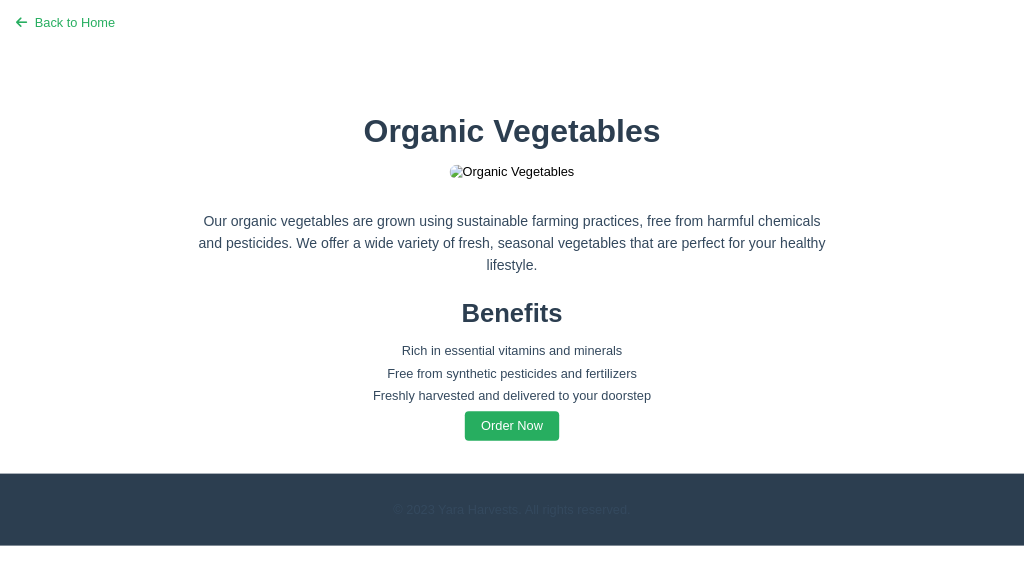
Repository: Kanyi-Manyara/yara-farm
Page: products/vegetables.html
These files come from the project's save history. The page is drawn as it stood at one moment and after the next save; the edit follows.
The browser window is 1280 px wide. The pictures show the whole page, at 80% of full size.

Above is the page before, as saved 2025-02-21 23:34:09.
Not found: assets//vegetables.jpg

After the next save:
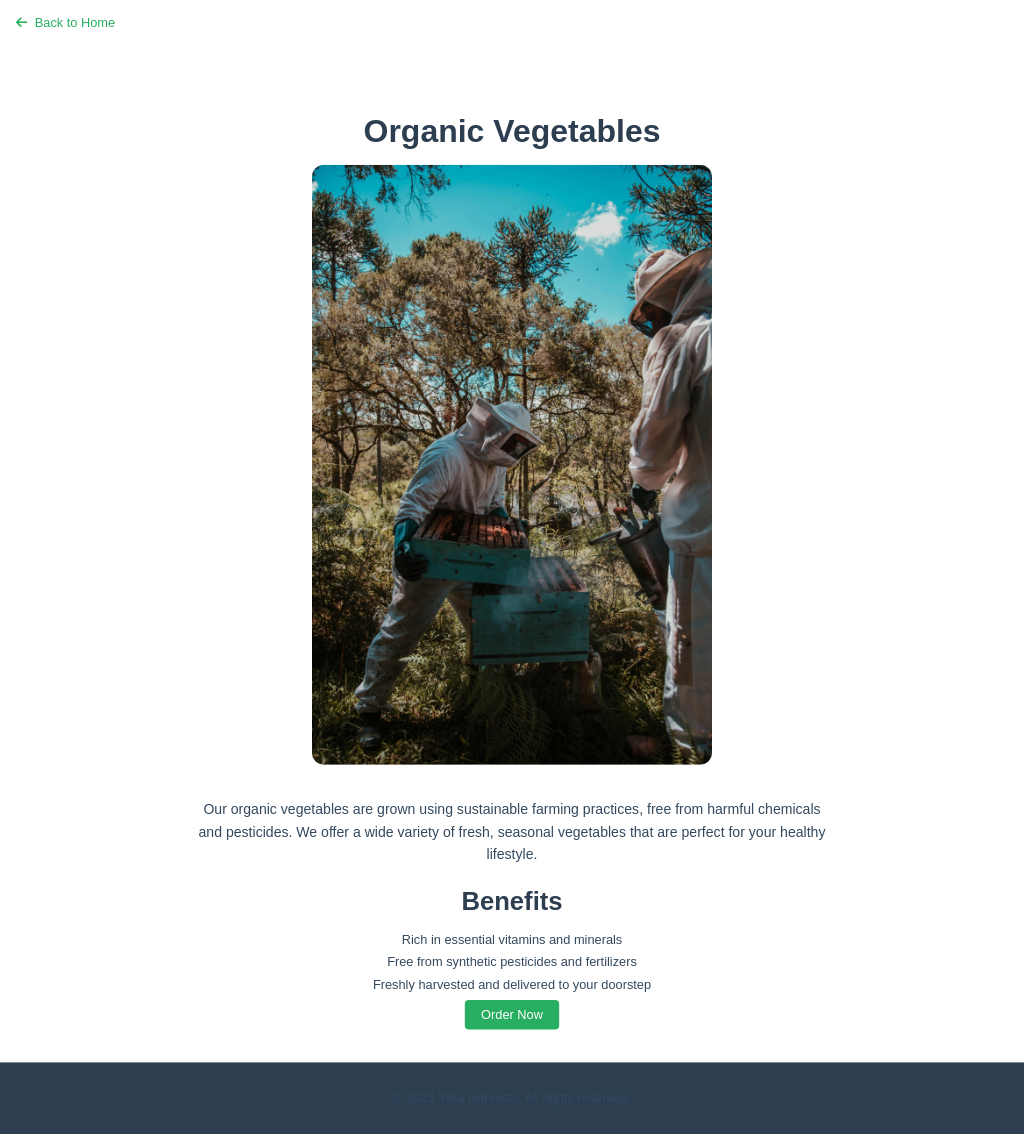
Saved 9 s later.
--- a/products/vegetables.html
+++ b/products/vegetables.html
@@ -15,7 +15,7 @@
   <section id="product-detail">
     <div class="product-detail-content">
       <h1>Organic Vegetables</h1>
-      <img src="../assets//vegetables.jpg" alt="Organic Vegetables">
+      <img src="../assets/bees.jpg" alt="Organic Vegetables">
       <p>Our organic vegetables are grown using sustainable farming practices, free from harmful chemicals and pesticides. We offer a wide variety of fresh, seasonal vegetables that are perfect for your healthy lifestyle.</p>
       <h2>Benefits</h2>
       <ul>
